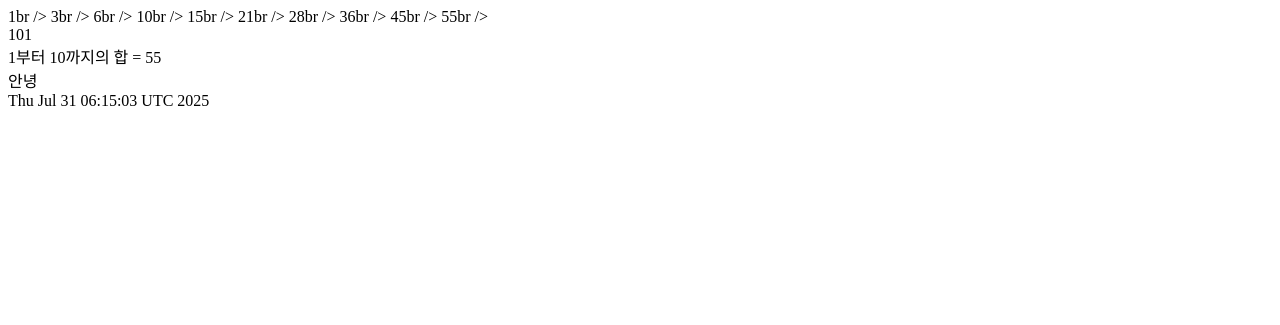
Repository: kdh2212/KDT_code
Page: http://localhost/20250801Web/test1.jsp
The author's editor kept a copy of each file at every save. The page is drawn from the files as they stood at one save, then again after the next save.
The browser window is 1280 px wide. The pictures show the whole page.
The page is served by Tomcat 9.

Above is the page before, as saved 2025-08-01 01:34:00.

After the next save:
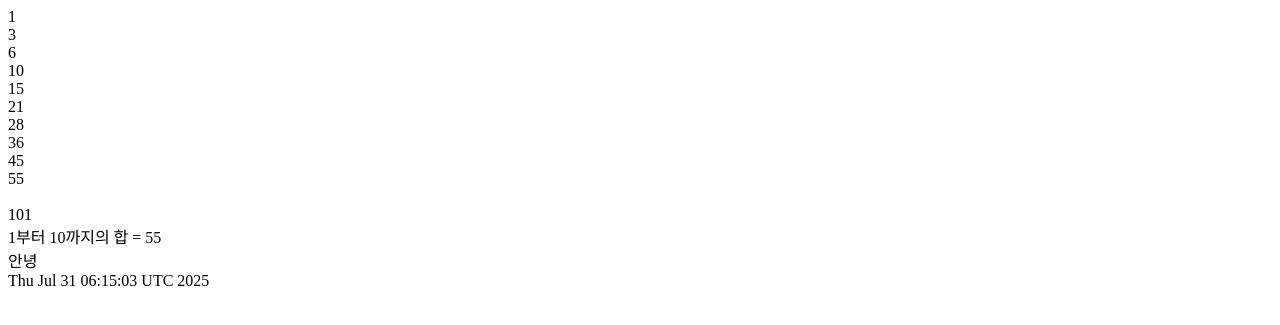
Saved 44 s later.
--- a/20250801Web/src/main/webapp/test1.jsp
+++ b/20250801Web/src/main/webapp/test1.jsp
@@ -15,7 +15,7 @@ Date now = new Date();
 int sum = 0;
 for(int i=1; i<=10; i++){
 	sum +=i;
-	out.println(sum+"br />");
+	out.println(sum+"<br />");
 
 }
 %>
